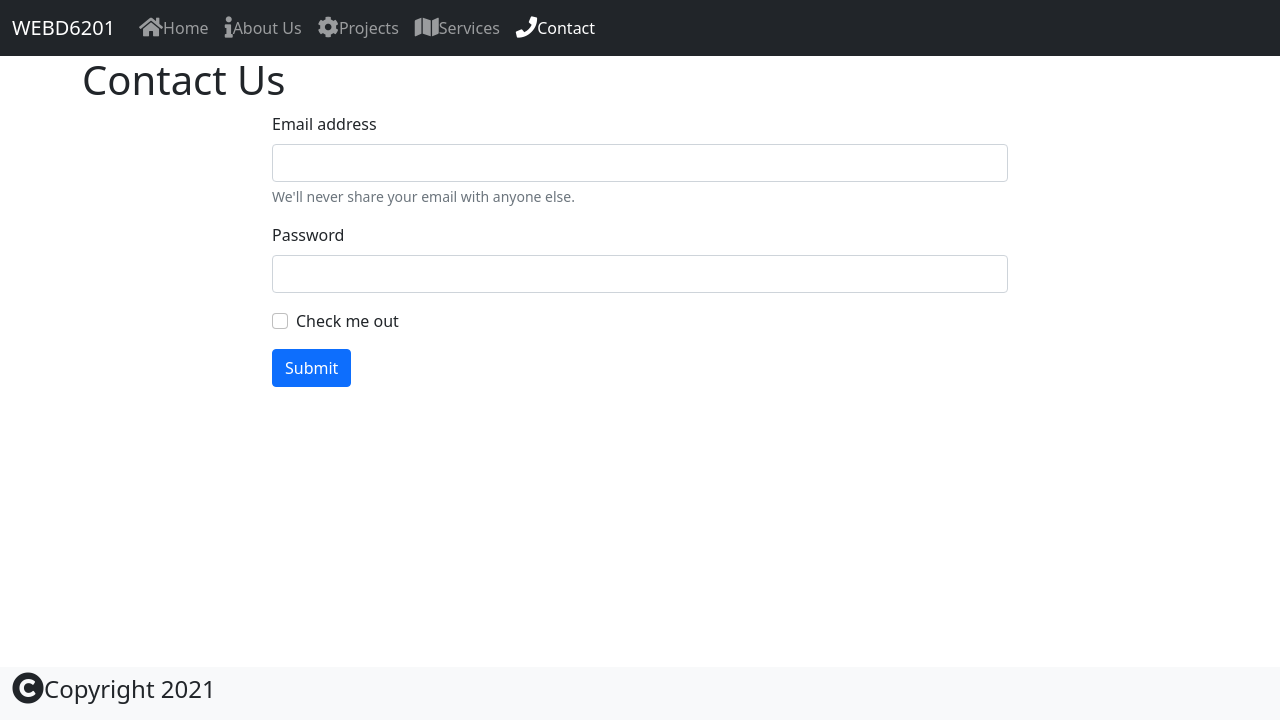
Repository: deividwsantoss/webd6201-W2021-ICE1
Page: contact.html
These files come from the project's save history. The page is drawn as it stood at one moment and after the next save; the edit follows.
The browser window is 1280 px wide. The pictures show the whole page.

Above is the page before, as saved 2021-02-02 12:49:10.

### contact.html
<!DOCTYPE html>
<html lang="en">
<head>
    <meta charset="UTF-8">
    <meta name="viewport" content="width=device-width, initial-scale=1.0">
    <title>Contact</title>
</head>
<!-- CSS SECTION -->
<link rel="stylesheet" href="./node_modules/bootstrap/dist/css/bootstrap.min.css">
<link rel="stylesheet" href="./node_modules/@fortawesome/fontawesome-free/css/all.min.css">
<link rel="stylesheet" href="./Content/app.css">

<body>
    <!-- MAIN HEADER-->
    <header>
        <!-- Main Navegation-->
        <nav class="navbar navbar-expand-lg navbar-dark bg-dark">
            <div class="container-fluid">
              <a class="navbar-brand" href="Index.html">WEBD6201</a>
              <button class="navbar-toggler" type="button" data-bs-toggle="collapse" data-bs-target="#navbarSupportedContent" aria-controls="navbarSupportedContent" aria-expanded="false" aria-label="Toggle navigation">
                <span class="navbar-toggler-icon"></span>
              </button>
              <div class="collapse navbar-collapse" id="navbarSupportedContent">
                <ul class="navbar-nav me-auto mb-2 mb-lg-0">
                  <li class="nav-item">
                    <a class="nav-link" aria-current="page" href="Index.html"><i class="fas fa-home fa-lg"></i>Home</a>
                  </li>
                  <li class="nav-item">
                    <a class="nav-link" aria-current="page" href="about.html"><i class="fas fa-info fa-lg"></i>About Us</a>
                  </li>
                  <li class="nav-item">
                    <a class="nav-link" aria-current="page" href="projects.html"><i class="fas fa-cog fa-lg"></i>Projects</a>
                  </li>
                  <li class="nav-item">
                    <a class="nav-link" aria-current="page" href="services.html"><i class="fas fa-map fa-lg"></i>Services</a>
                  </li>
                  <li class="nav-item">
                    <a class="nav-link active" aria-current="page" href="contact.html"><i class="fas fa-phone fa-lg"></i>Contact</a>
                  </li>

                </ul>

              </div>
            </div>
          </nav>
    </header>
    <!-- Main content-->
    <main class="container">
      <h1>Contact Us</h1>

        <div class="row justify-content-lg-center">

        <form class="col-8">
          <div class="mb-3">
            <label for="exampleInputEmail1" class="form-label">Email address</label>
            <input type="email" class="form-control" id="exampleInputEmail1" aria-describedby="emailHelp">
            <div id="emailHelp" class="form-text">We'll never share your email with anyone else.</div>
          </div>
          <div class="mb-3">
            <label for="exampleInputPassword1" class="form-label">Password</label>
            <input type="password" class="form-control" id="exampleInputPassword1">
          </div>
          <div class="mb-3 form-check">
            <input type="checkbox" class="form-check-input" id="exampleCheck1">
            <label class="form-check-label" for="exampleCheck1">Check me out</label>
          </div>
          <button type="submit" class="btn btn-primary">Submit</button>
        </form>
      </div>
    </main>

    <!-- Main Footer -->
    <footer>
        <nav class="navbar fixed-bottom navbar-light bg-light">
            <div class="container-fluid">
                <h4><i class="fas fa-copyright fa-lg"></i>Copyright 2021 </h4>
            </div>
          </nav>

    </footer>
    <!-- Script Section-->
    <script src="./node_modules/jquery/dist/jquery.min.js"></script>
    <script src="./node_modules/bootstrap/dist/js/bootstrap.bundle.min.js"></script>
    <script src="./Scripts/app.js"></script>
</body>
</html>

### Scripts/app.js
/* Custom JavaScript goes here */


// IIFE -
//AKA - Anonymous self-excuting function

"use strict";

(function()
{
    function displayHome(){

        let paragraphOneText = "This is a simple site to demonstrate DOM manipulation for ICE 1";
        let paragraphOneElement = document.getElementById("paragraphOne");

        //let paragraphOneParagraph = document.getElementsByTagName("p")[0];
        //let paragraphOneQuery = document.querySelector("p");
        //let paragraphOneQuerys = document.querySelectorAll("p")[0];

        paragraphOneElement.textContent = paragraphOneText;
        paragraphOneElement.className = "fs-5";

        //SECOND METHOD
        //Step 1. document.createElement
        let newParagraph = document.createElement("p");
        //configure the element
        newParagraph.setAttribute("id", "paragraphTwo");
        newParagraph.textContent = "... And this is Paragraph Two";
        //step 3. Select the parent element
        let mainContent = document.getElementsByTagName("main")[0];
        //step 4. Add / Insert the element
        mainContent.appendChild(newParagraph);

        newParagraph.className = "fs-5";

        //  Another way to insert
        let paragraphDiv = document.createElement('div');
          let paragraphThree = `<p class="fs-7 fw-bold">And this is the Third Paragraph</p>`
        paragraphDiv.innerHTML = paragraphThree;

        newParagraph.before(paragraphDiv);

        // Deletions

        //removing simple element
        // paragraphOneElement.remove();

        //example of remove child
        // mainContent.removeChild(paragraphOneElement);

        // UPDATE - MODIFICATION

        //mainContent.firstElementChild.textContent = "Welcome Home";

        mainContent.innerHTML =
        `<h1 id="firstHeading">Welcome to WEBD6201 </h1>
        <p id="paragraphOne" class="fs-3">This is my first paragraph</p>
        `

    }
    function displayAbout(){

    }
    function displayProjects(){

    }
    function displayServices(){

    }
    function displayContact(){

    }

    function Start()
    {
        console.log("App Started...");
        switch(document.title)
        {
            case 'Home':
                displayHome();
                break;
            case 'About':
                displayAbout();
                break;
            case 'Projects':
                displayProjects();
                break;
            case 'Services':
                displayServices();
                break;
            case 'Contact':
                displayContact();
                    break;
        }


    }
    window.addEventListener("load", Start);


})();

Loaded but not shown: node_modules/bootstrap/dist/css/bootstrap.min.css (library); node_modules/@fortawesome/fontawesome-free/css/all.min.css (library); node_modules/jquery/dist/jquery.min.js (library); node_modules/bootstrap/dist/js/bootstrap.bundle.min.js (library); Content/app.css (no stored copy; drawn as an empty file)

After the next save:
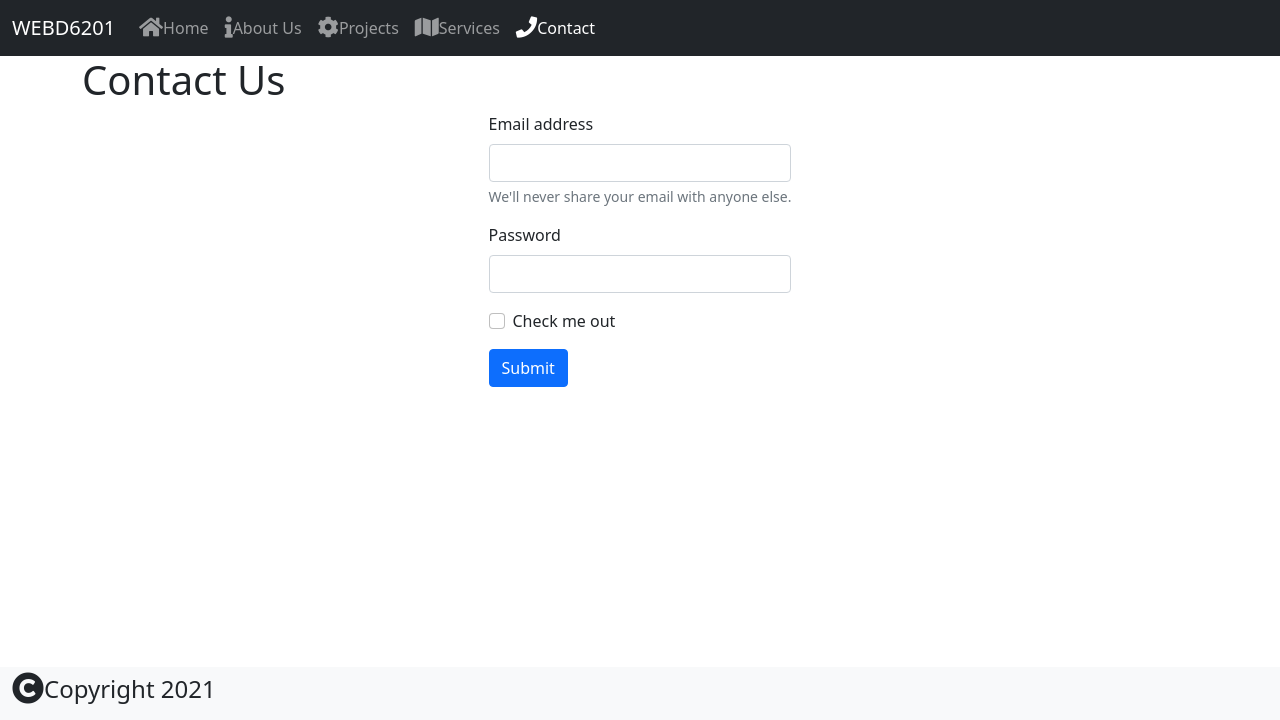
Saved 50 s later.
--- a/contact.html
+++ b/contact.html
@@ -50,7 +50,7 @@
 
         <div class="row justify-content-lg-center">
 
-        <form class="col-8">
+        <form class="col-auto">
           <div class="mb-3">
             <label for="exampleInputEmail1" class="form-label">Email address</label>
             <input type="email" class="form-control" id="exampleInputEmail1" aria-describedby="emailHelp">

After the 2 saves that followed:
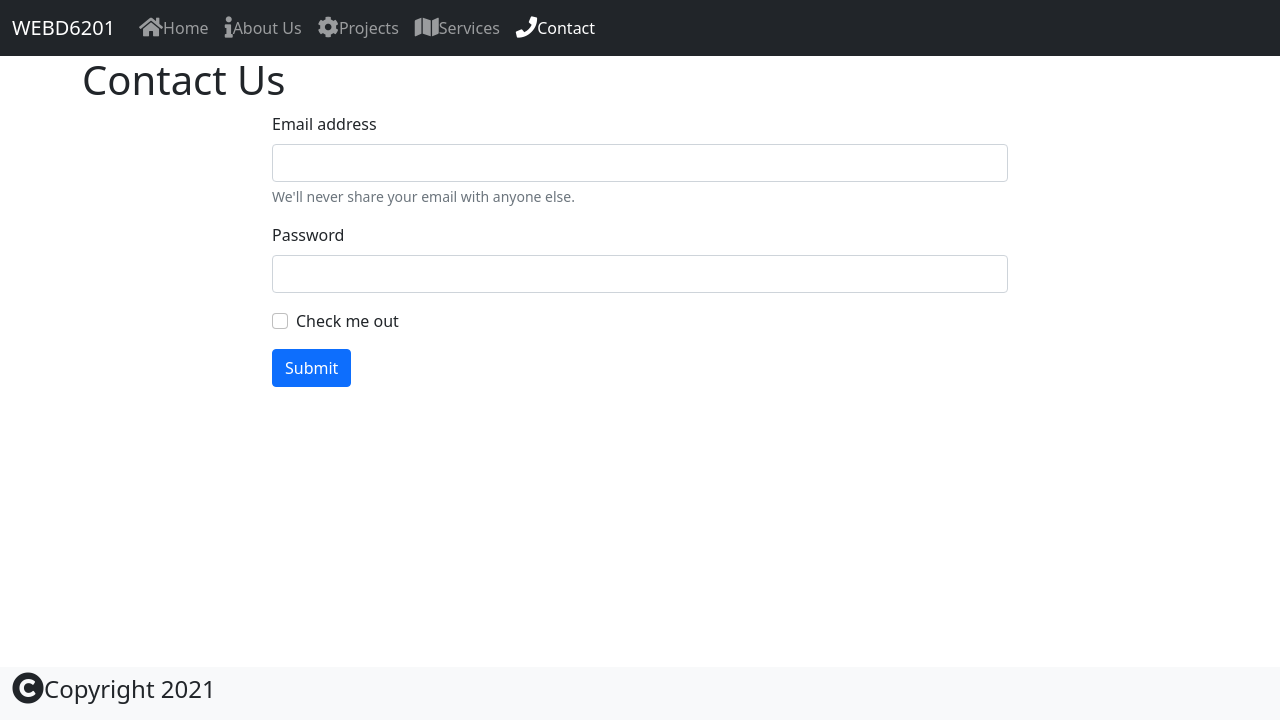
The 2 saves are shown as one change because 1 left the picture as it was.
The last was saved 104 s later.
--- a/contact.html
+++ b/contact.html
@@ -50,7 +50,7 @@
 
         <div class="row justify-content-lg-center">
 
-        <form class="col-auto">
+        <form class="col-lg-8 col-md-8 col-sm-10">
           <div class="mb-3">
             <label for="exampleInputEmail1" class="form-label">Email address</label>
             <input type="email" class="form-control" id="exampleInputEmail1" aria-describedby="emailHelp">
